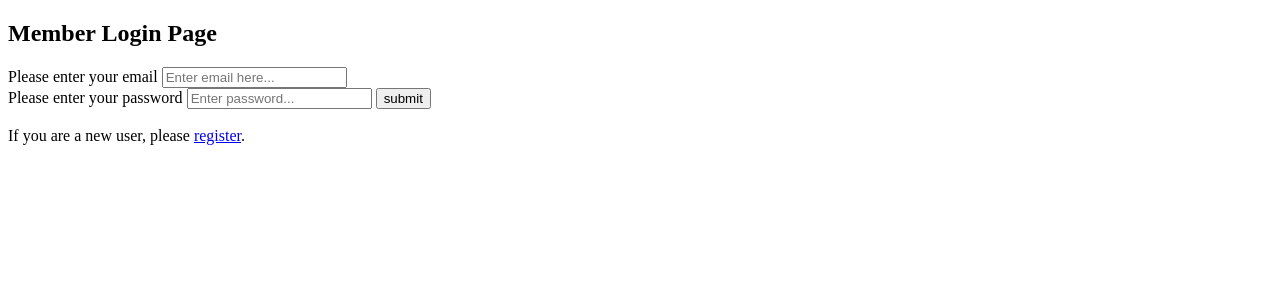
Repository: CraigRodewald/ParkingPalFinalProject
Page: http://localhost/ParkPalSpringMVC/loginPage
These files come from the project's save history. The page is drawn as it stood at one moment and after the next save; the edit follows.
The browser window is 1280 px wide. The pictures show the whole page.
The page is served by Tomcat 9. Other server files are loaded and not shown.

Above is the page before, as saved 2016-05-11 03:11:18.

### ParkPalSpringMVC/WebContent/WEB-INF/jsp/loginPage.jsp
<%@ page language="java" contentType="text/html; charset=windows-1256"
	pageEncoding="windows-1256"%>

<!DOCTYPE html PUBLIC "-//W3C//DTD HTML 4.01 Transitional//EN"
"http://www.w3.org/TR/html4/loose.dtd">

<html>
<head>
<meta http-equiv="Content-Type"
	content="text/html; charset=windows-1256">
<title>Login Page</title>
</head>

<body>
	<h2>Member Login Page</h2>
	<form action="LoginServlet">

		Please enter your email <input type="text" name="em" placeholder="Enter email here..."/><br>

		Please enter your password <input type="text" name="pw" placeholder="Enter password..." /> <input
			type="submit" value="submit">

	</form>
	<br> If you are a new user, please
	<a href="register.jsp">register</a>.
</body>
</html>

After the next save:
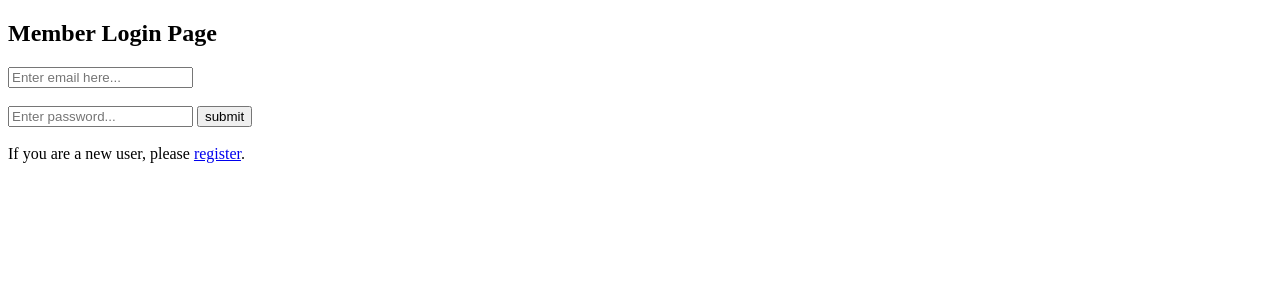
Saved 42 s later.
--- a/ParkPalSpringMVC/WebContent/WEB-INF/jsp/loginPage.jsp
+++ b/ParkPalSpringMVC/WebContent/WEB-INF/jsp/loginPage.jsp
@@ -15,9 +15,10 @@
 	<h2>Member Login Page</h2>
 	<form action="LoginServlet">
 
-		Please enter your email <input type="text" name="em" placeholder="Enter email here..."/><br>
-
-		Please enter your password <input type="text" name="pw" placeholder="Enter password..." /> <input
+		<input type="text" name="em" placeholder="Enter email here..."/>
+		<br>
+		<br>
+		<input type="text" name="pw" placeholder="Enter password..." /> <input
 			type="submit" value="submit">
 
 	</form>
